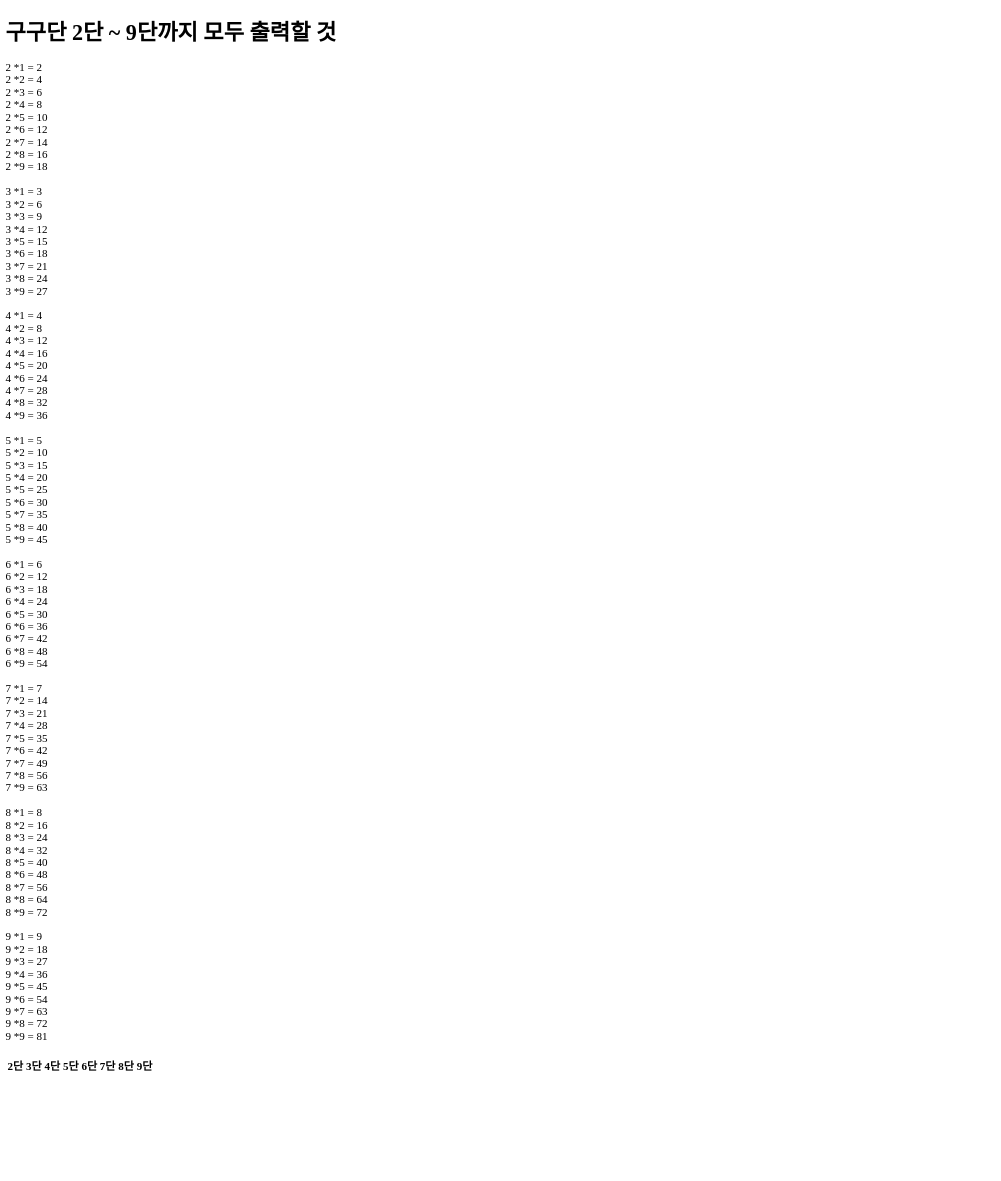
Repository: junirang330/Jsp2026
Page: http://localhost/chapter01/test02.jsp
The author's editor kept a copy of each file at every save. The page is drawn from the files as they stood at one save, then again after the next save.
The browser window is 1280 px wide. The page is 1280 px wide, then 1450 px, so the pictures cover 1450 px, including what lies to the right of the window. The pictures show the whole page, at 69% of full size.
The page is served by Tomcat 9.

Above is the page before, as saved 2026-10-16 04:18:02.

### chapter01/src/main/webapp/test02.jsp
<%@ page language="java" contentType="text/html; charset=UTF-8"
    pageEncoding="UTF-8" import="java.util.*" %>
<!DOCTYPE html>
<html>
<head>
<meta charset="UTF-8">
<title>Insert title here</title>
</head>
<body>
	<h1>구구단 2단 ~ 9단까지 모두 출력할 것</h1>
	<table>
	<tr>
	<% for(int i = 2; i<=9; i++){ %>
	<th>
	<%= i + "단" %>
	</th>
	<% } %>
	</tr>
	<% for(int i = 2; i<=9; i++){ %>
	<% for(int j = 1; j<=9; j++){ %>
	<tr>
	<!-- <td> -->
		<%=i %> *<%=j %> = <%= i*j %><br/>

	<!-- </td> -->
	</tr>
	<%

		}
	%>
	<br/>
	<%
		}

	%>
	</table>
</body>
</html>

After the next save:
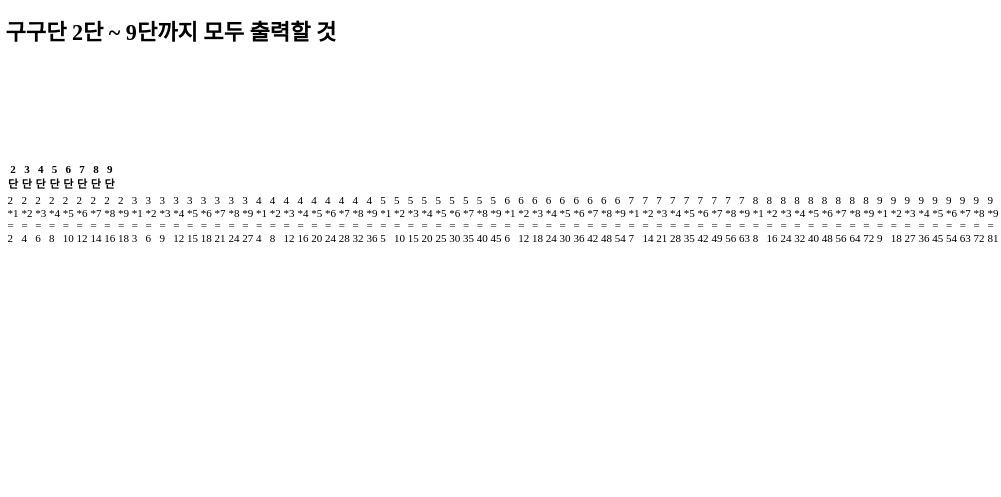
Saved 20 s later.
--- a/chapter01/src/main/webapp/test02.jsp
+++ b/chapter01/src/main/webapp/test02.jsp
@@ -18,12 +18,12 @@
 	</tr>
 	<% for(int i = 2; i<=9; i++){ %>
 	<% for(int j = 1; j<=9; j++){ %>
-	<tr>
-	<!-- <td> -->
+	<!-- <tr> -->
+	<td>
 		<%=i %> *<%=j %> = <%= i*j %><br/>
 
-	<!-- </td> -->
-	</tr>
+	</td>
+	<!-- </tr> -->
 	<%
 
 		}
